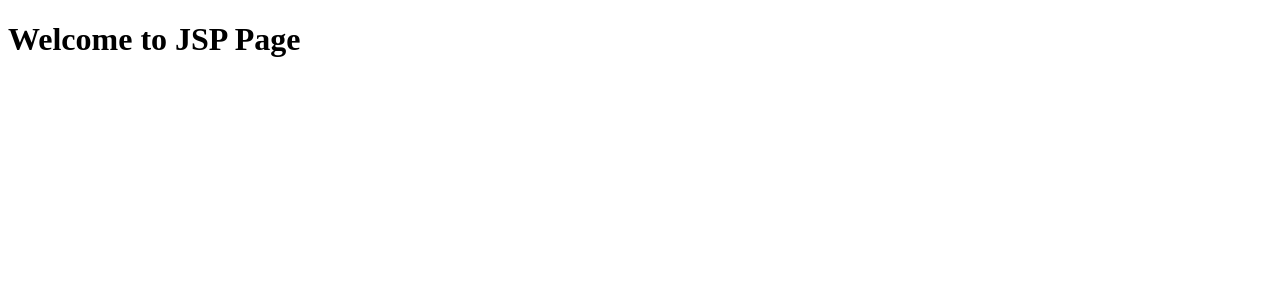
Repository: javeed512/jsp_repo
Page: http://localhost/JSP_LifeCycle/hello.jsp
An editor plug-in stored every save of this project. The page is shown before and after the next save, followed by the edit.
The browser window is 1280 px wide. The pictures show the whole page.
The page is served by Tomcat 9.

Above is the page before, as saved 2022-03-14 10:56:48.

### JSP_LifeCycle/WebContent/hello.jsp
<%@ page language="java" contentType="text/html; charset=ISO-8859-1"
    pageEncoding="ISO-8859-1"%>
<!DOCTYPE html>
<html>
<head>
<meta charset="ISO-8859-1">
<title>Insert title here</title>
</head>
<body>
<h1>Welcome to JSP Page</h1>
</body>
</html>

After the next save:
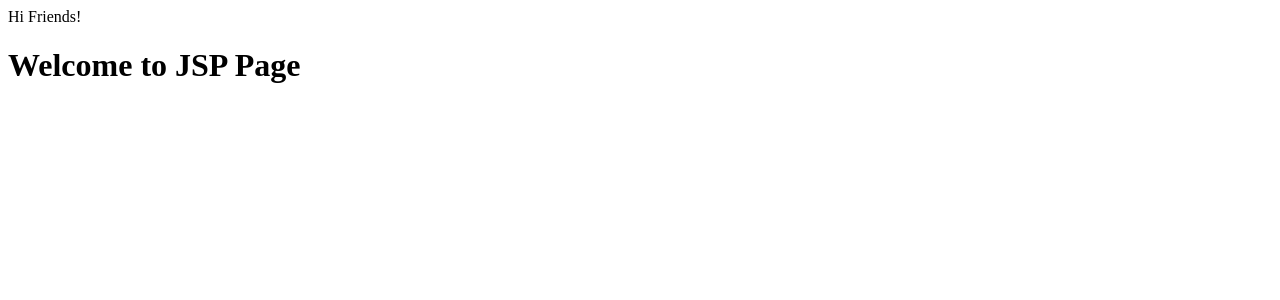
Saved 20 s later.
--- a/JSP_LifeCycle/WebContent/hello.jsp
+++ b/JSP_LifeCycle/WebContent/hello.jsp
@@ -7,6 +7,7 @@
 <title>Insert title here</title>
 </head>
 <body>
+Hi Friends!
 <h1>Welcome to JSP Page</h1>
 </body>
 </html>
